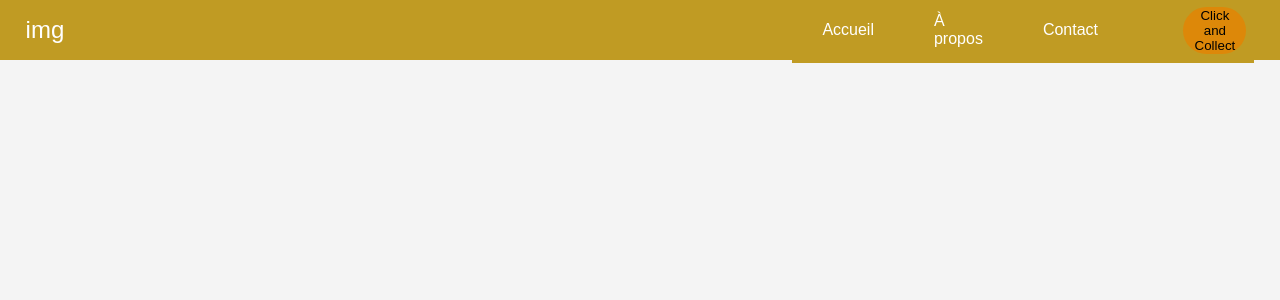
Repository: IchibanDZ/burgdemo
Page: / (app in burgvite/)
An editor plug-in stored every save of this project. The page is shown before and after the next save, followed by the edit.
The browser window is 1280 px wide. The pictures show the whole page.
The project was rebuilt for these pictures with package versions that can differ from the ones it lists, and the page was loaded fresh each time. Also part of the build but not shown: burgvite/vite.config.js, burgvite/src/App.css, burgvite/src/index.css.

Above is the page before, as saved 2024-08-27 11:09:43.

After the next save:
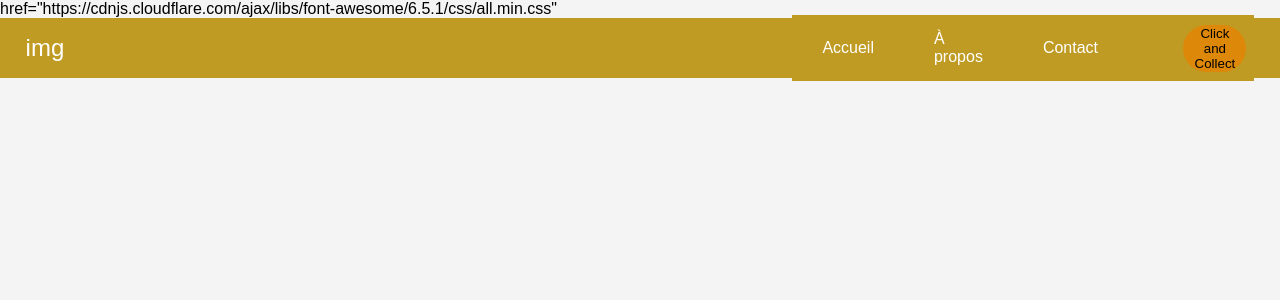
Saved 8 s later.
--- a/burgvite/index.html
+++ b/burgvite/index.html
@@ -3,6 +3,8 @@
   <head>
     <meta charset="UTF-8" />
     <meta name="viewport" content="width=device-width, initial-scale=1.0" />
+    href="https://cdnjs.cloudflare.com/ajax/libs/font-awesome/6.5.1/css/all.min.css"
+
     <title>NationOfBurg</title>
   </head>
   <body>
